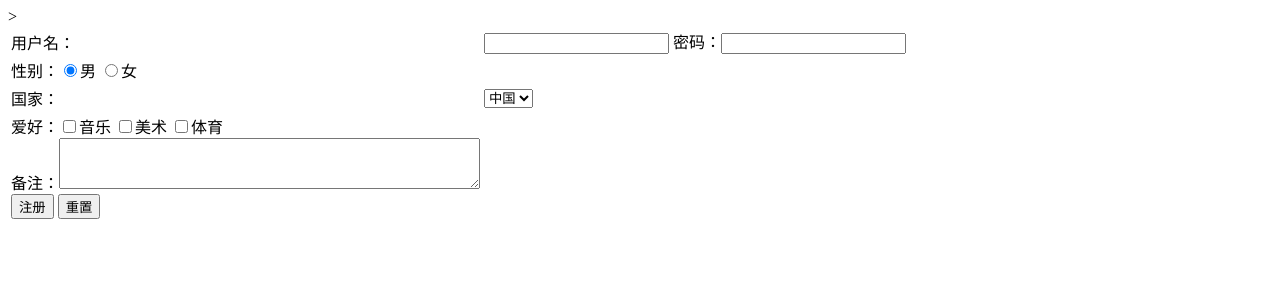
Repository: Lansefanggezi/JavaWeb
Page: HelloServlet/WebContent/Register.html
An editor plug-in stored every save of this project. The page is shown before and after the next save, followed by the edit.
The browser window is 1280 px wide. The pictures show the whole page.

Above is the page before, as saved 2018-03-29 08:40:40.

After the next save:
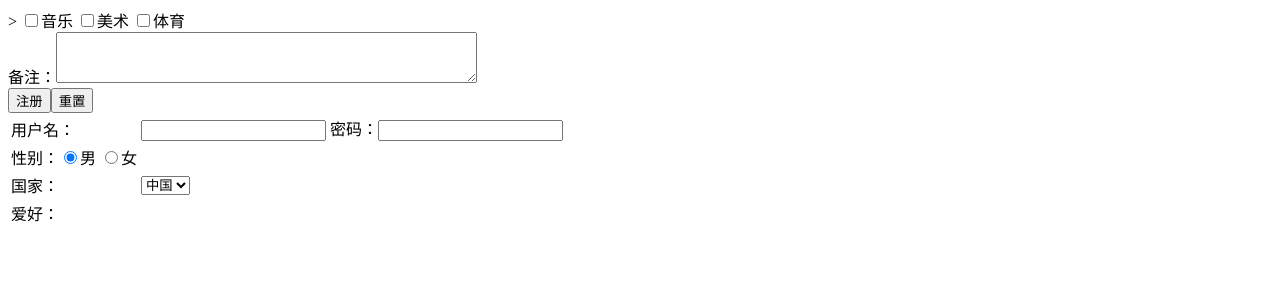
Saved 8 s later.
--- a/HelloServlet/WebContent/Register.html
+++ b/HelloServlet/WebContent/Register.html
@@ -30,7 +30,7 @@
 			</select>
 		</td>>
 		</tr>
-		<tr><td>爱好：<input type="checkbox" name="likes" value="音乐">音乐
+		<tr><td>爱好：</td> <input type="checkbox" name="likes" value="音乐">音乐
 				<input type="checkbox" name="likes" value="美术">美术
 				<input type="checkbox" name="likes" value="体育">体育
 				<br>
